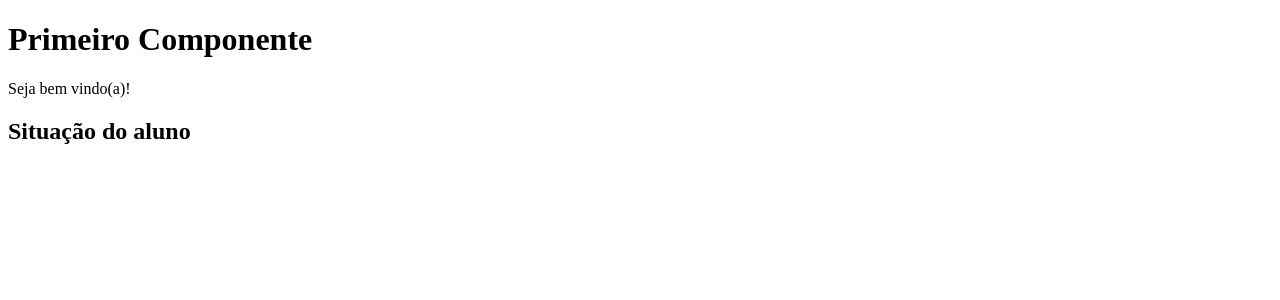
Repository: Rubenslourenco/exerciciosReactRedux
Page: / (app in fundamentos-react/)
The author's editor kept a copy of each file at every save. The page is drawn from the files as they stood at one save, then again after the next save.
The browser window is 1280 px wide. The pictures show the whole page.
The project was rebuilt for these pictures with package versions that can differ from the ones it lists, and the page was loaded fresh each time. Also part of the build but not shown: fundamentos-react/src/index.css.

Above is the page before, as saved 2025-01-28 14:48:08.

### fundamentos-react/src/index.js
import { StrictMode } from "react";
import { createRoot } from "react-dom/client";
import "./index.css";

import Primeiro from "./componentes/Primeiro";
import ComParametro from "./componentes/ComParametro";

createRoot(document.getElementById("root")).render(
  <StrictMode>
    <Primeiro></Primeiro>
    <ComParametro titulo="Situação do aluno " aluno="Pedro" nota={"9.9"} />
  </StrictMode>
);

### fundamentos-react/src/componentes/Primeiro.js
import React from "react";
export default function Primeiro() {
  const msg = "Seja bem vindo(a)!";
  return (
    <div>
      <h1>Primeiro Componente</h1>
      <p>{msg}</p>
    </div>
  );
}

### fundamentos-react/src/componentes/ComParametro.jsx
import React from "react";
export default function ComParametro(props) {
  return (
    <div id="app">
      <h2>{props.titulo}</h2>
      <p>{props.subtitulo}</p>
    </div>
  );
}

Loaded but not shown: fundamentos-react/public/index.html (common file)

After the next save:
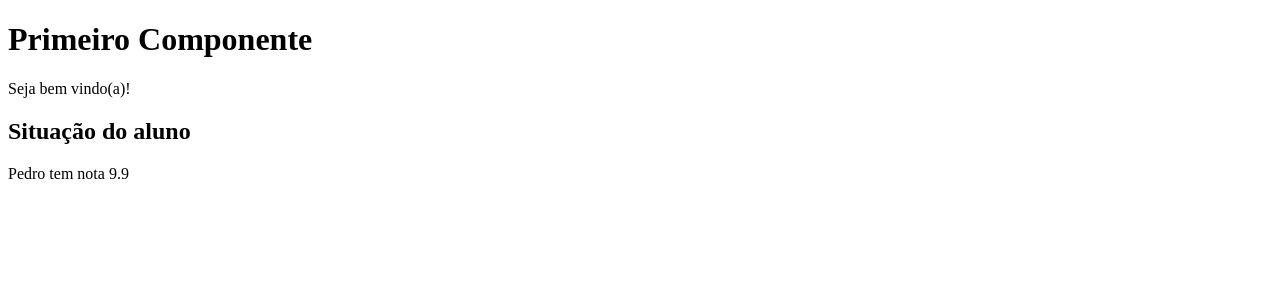
Saved 43 s later.
--- a/fundamentos-react/src/componentes/ComParametro.jsx
+++ b/fundamentos-react/src/componentes/ComParametro.jsx
@@ -3,7 +3,9 @@ export default function ComParametro(props) {
   return (
     <div id="app">
       <h2>{props.titulo}</h2>
-      <p>{props.subtitulo}</p>
+      <p>
+        {props.aluno} tem nota {props.nota}
+      </p>
     </div>
   );
 }
